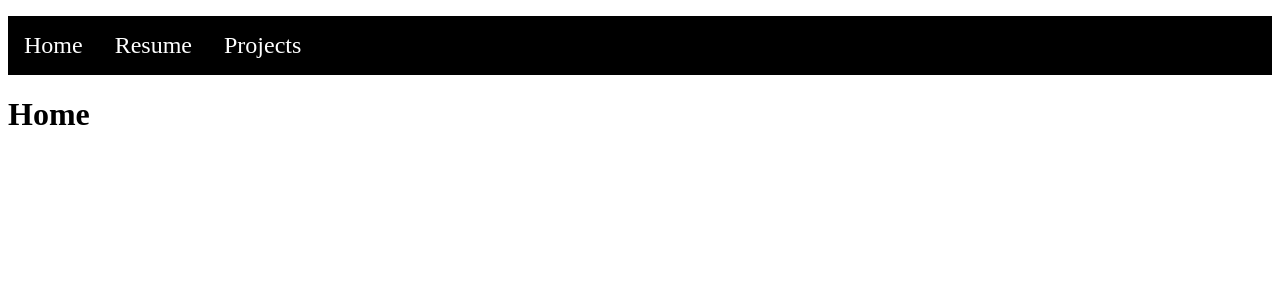
Repository: VidalLopez/VidalLopez.github.io
Page: index.html
The author's editor kept a record of every edit. The page is drawn from the files as they stood at one moment, then again after the next edit.
The browser window is 1280 px wide. The pictures show the whole page.

Above is the page before.

After the next edit:
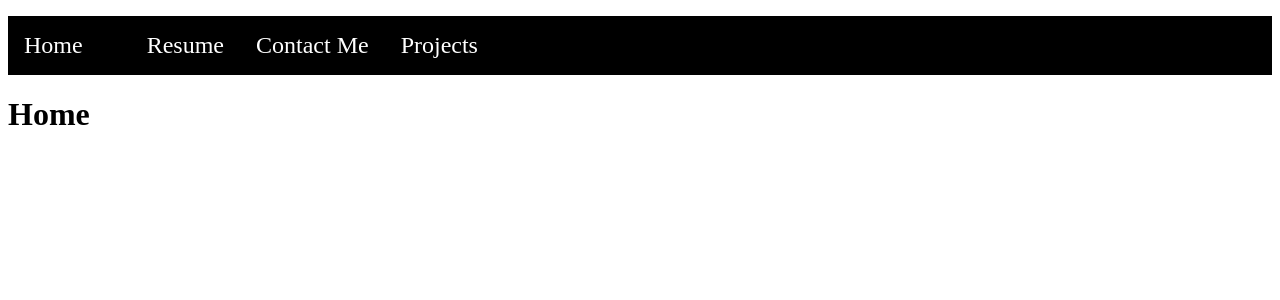
The edit:
--- a/index.html
+++ b/index.html
@@ -46,8 +46,9 @@
   <body>
     <ul class="navbar">
       <li><a href="index.html">Home</a></li>
+      <li><a href="about.html"></a></li>
       <li><a href="resume.html">Resume</a></li>
-      <li></li>
+      <li><a href="contactme.html">Contact Me</a></li>
       <li class = "dropdown">
         <div>Projects</div>
         <ul class="dropdown-content">
